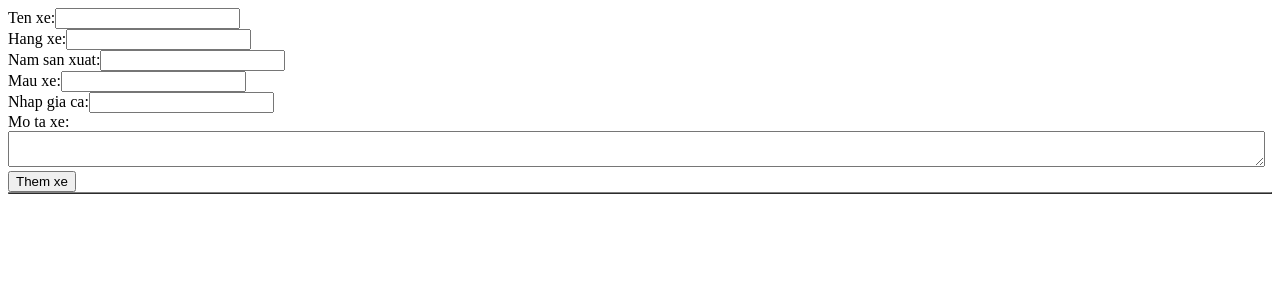
Repository: vule2809/LTW-20146307
Page: http://localhost/A-banxemay/views/product/addProduct.jsp
These files come from the project's save history. The page is drawn as it stood at one moment and after the next save; the edit follows.
The browser window is 1280 px wide. The pictures show the whole page.
The page is served by Tomcat 9. Nobody is signed in. The application's start-up code is not run.

Above is the page before, as saved 2023-12-05 06:01:01.

After the next save:
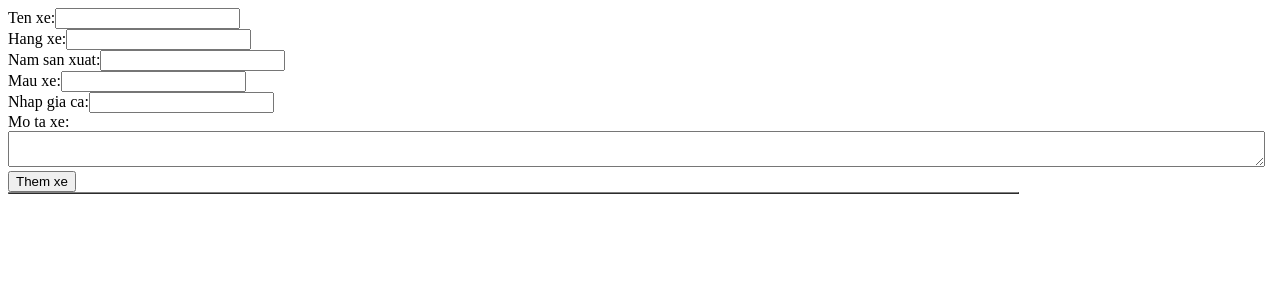
Saved 22 s later.
--- a/A-banxemay/src/main/webapp/views/product/addProduct.jsp
+++ b/A-banxemay/src/main/webapp/views/product/addProduct.jsp
@@ -8,7 +8,7 @@
 <title>ADD MOTORCYCLE</title>
 </head>
 <body>
-	<table border="1" style="width: 100%">
+	<table border="1" style="width: 80%">
 		<form action="add" method="post">
 			<label>Ten xe:</label> <input type="text" name="ProductName"><br>
 			<label>Hang xe:</label> <input type="text" name="Brand"><br>
